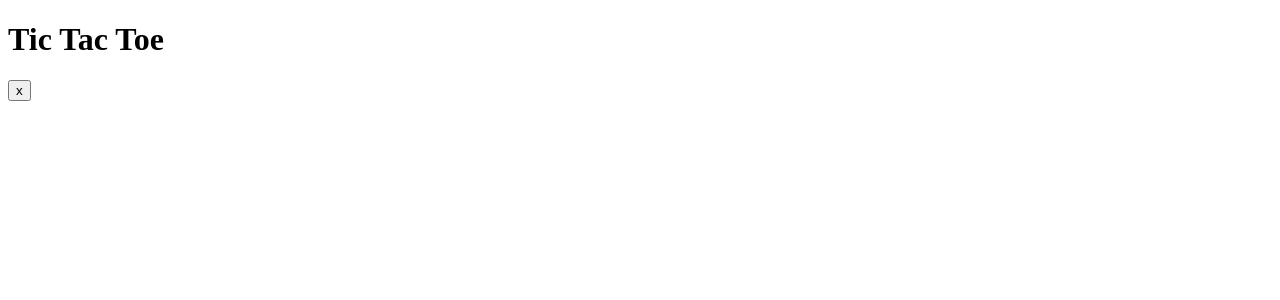
Repository: pankaj-shaw05/Tic-Tac-Toe
Page: index.html
An editor plug-in stored every save of this project. The page is shown before and after the next save, followed by the edit.
The browser window is 1280 px wide. The pictures show the whole page.

Above is the page before, as saved 2026-04-07 07:58:07.

### index.html
<!DOCTYPE html>
<html lang="en">
<head>
    <meta charset="UTF-8">
    <meta name="viewport" content="width=device-width, initial-scale=1.0">
    <title>Tic-Tac-Toe Game</title>
</head>
<body>
    <main>
        <h1>Tic Tac Toe</h1>
        <div class="game">
            <button class="box">x</button>
        </div>
    </main>

</body>
</html>

After the next save:
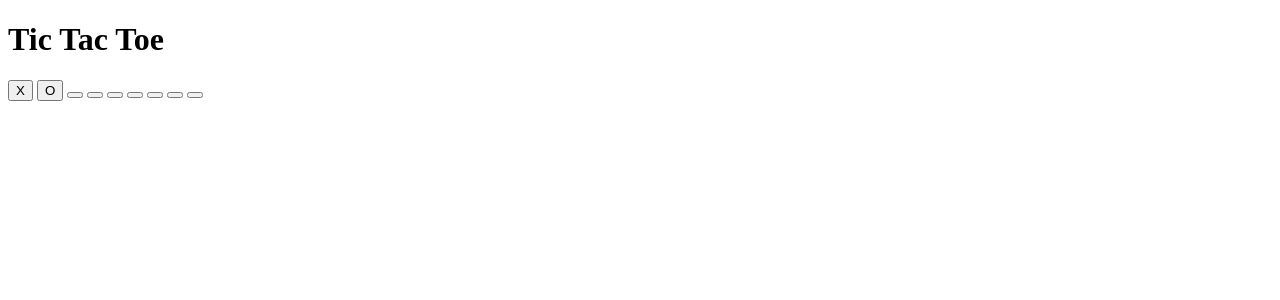
Saved 2 min 34 s later.
--- a/index.html
+++ b/index.html
@@ -9,7 +9,15 @@
     <main>
         <h1>Tic Tac Toe</h1>
         <div class="game">
-            <button class="box">x</button>
+            <button class="box">X</button>
+            <button class="box">O</button>
+            <button class="box"></button>
+            <button class="box"></button>
+            <button class="box"></button>
+            <button class="box"></button>
+            <button class="box"></button>
+            <button class="box"></button>
+            <button class="box"></button>
         </div>
     </main>
 
